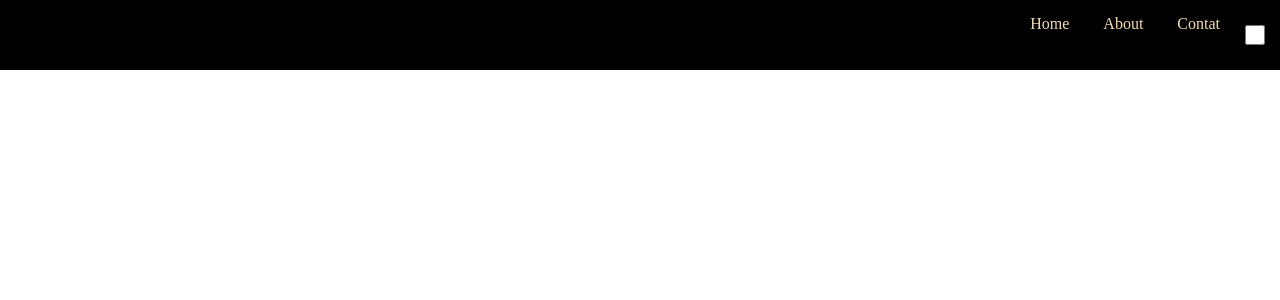
Repository: imokha01/toggleNavBar
Page: index.html
These files come from the project's save history. The page is drawn as it stood at one moment and after a run of saves; the edit follows.
The browser window is 1280 px wide. The pictures show the whole page.

Above is the page before, as saved 2023-12-26 22:20:37.

### index.html
<!DOCTYPE html>
<html lang="en">
<head>
    <meta charset="UTF-8">
    <meta name="viewport" content="width=device-width, initial-scale=1.0">
    <title>Toggle Nav Bar</title>
    <link rel="stylesheet" href="style.css">
</head>
<body>
    <header class="header">
        <div class="header__content">
            <nav class="header__content__navbar">
                <li class="header__content__navbar__list">
                    <a href="#" class="header__content__navbar__link">Home</a>
                </li>
                <li class="header__content__navbar__list">
                    <a href="#" class="header__content__navbar__link">About</a>
                </li>
                <li class="header__content__navbar__list">
                    <a href="#" class="header__content__navbar__link">Contat</a>
                </li>
            </nav>
            <input type="checkbox" class="checkbox toggle-triger">
        </div>

    </header>
</body>
</html>

### style.css
*{
    margin: 0;
    padding: 0;
    box-sizing: border-box;
}

.header {
    height: 20px;
    background: #000;
    height: 70px;

}


.header__content__navbar__list {
    display: inline-block;
    list-style-type: none;
}

.header__content__navbar__link{
    color: wheat;
    text-decoration: none;
    padding: 15px;
}

.header__content {
    display: flex;
    justify-content: end;
    padding: 15px;
    gap: 10px;
}

.checkbox {
    width: 20px;
    height:40px;

}

After the next 2 saves:
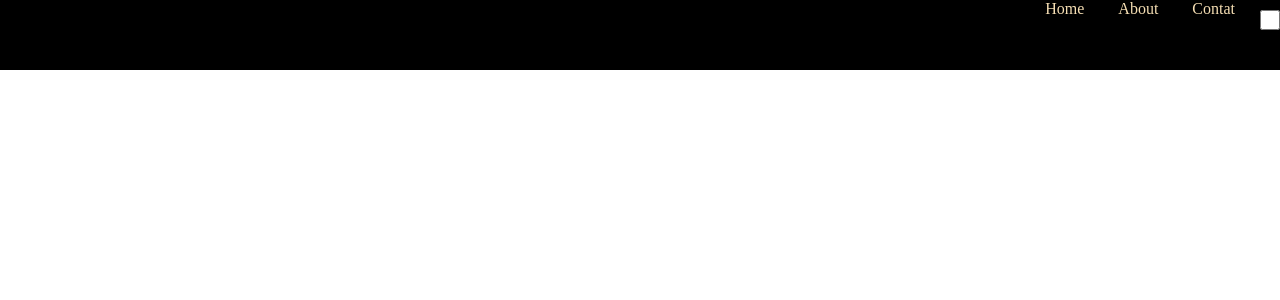
The 2 saves are shown as one change because they came seconds apart.
The last was saved 13 s later.
--- a/style.css
+++ b/style.css
@@ -26,6 +26,7 @@
 .header__content {
     display: flex;
     justify-content: end;
+    a
     padding: 15px;
     gap: 10px;
 }
